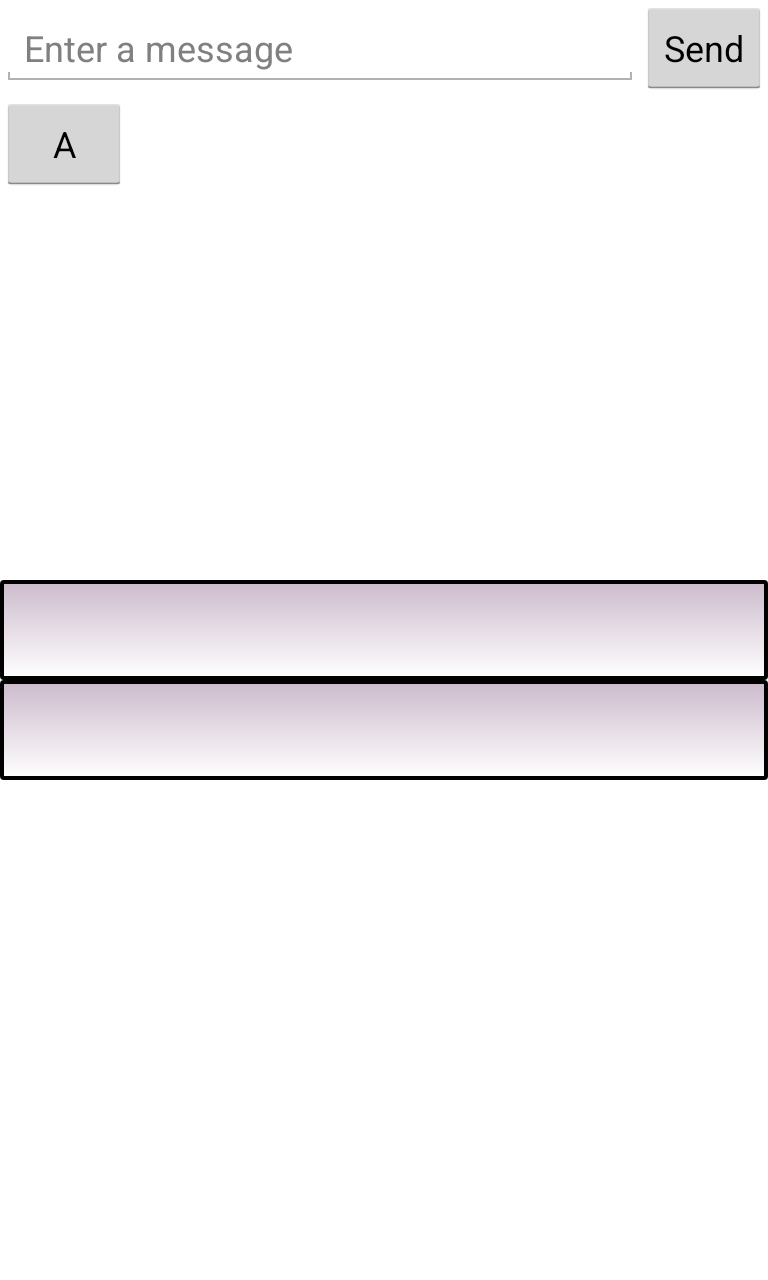
Repository: Jwonsever/AndroidPiano
Layout: HelloWorld/res/layout/activity_main.xml
These files come from the project's save history. The layout is drawn as it stood at one moment and after the next save; the edit follows.
It is drawn on a 768 x 1280 px phone screen (xhdpi) without system bars, with theme AppTheme; the app's code is not run.

Above is the layout before, as saved 2013-11-08 04:02:49.

After the next save:
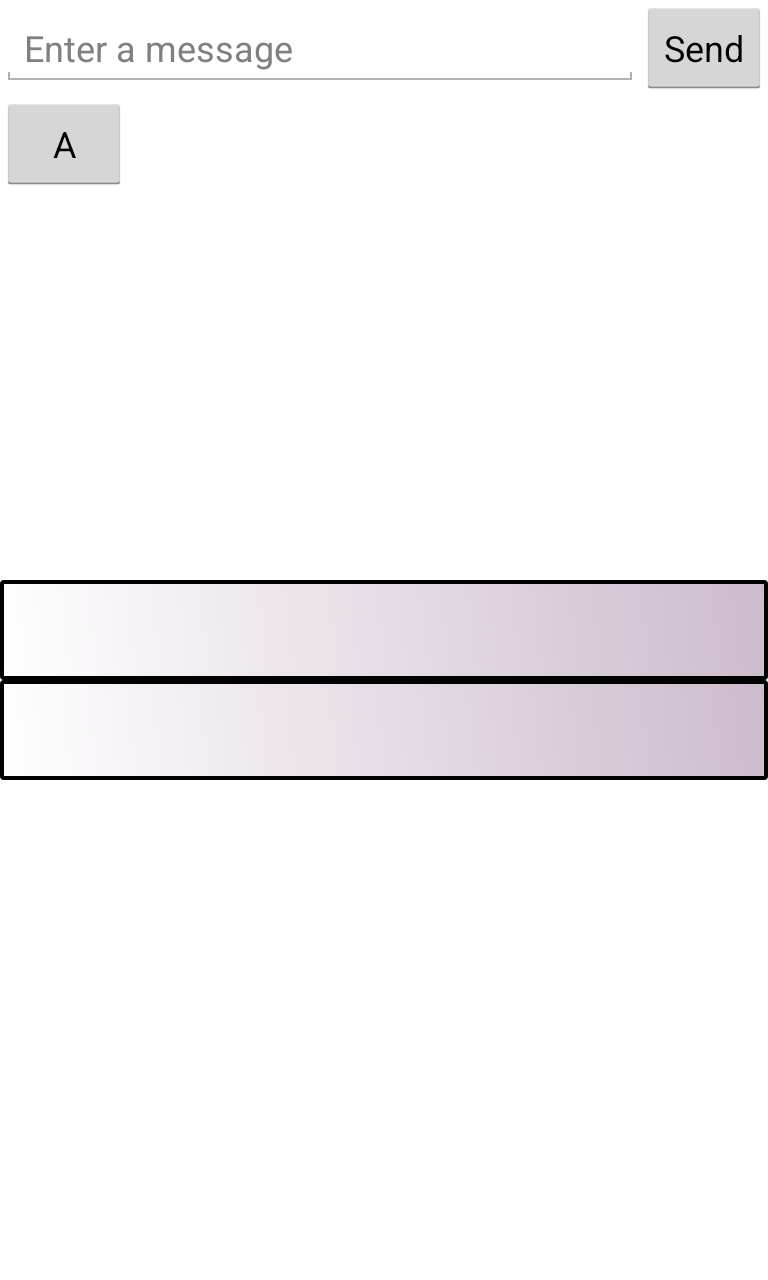
Saved 56 s later.
--- a/HelloWorld/res/drawable/piano_key.xml
+++ b/HelloWorld/res/drawable/piano_key.xml
@@ -2,7 +2,7 @@
 <shape xmlns:android="http://schemas.android.com/apk/res/android" >
 
     <gradient
-        android:angle="215"
+        android:angle="225"
         android:endColor="#FFFFFF"
         android:startColor="#CCBBCC" />
 
